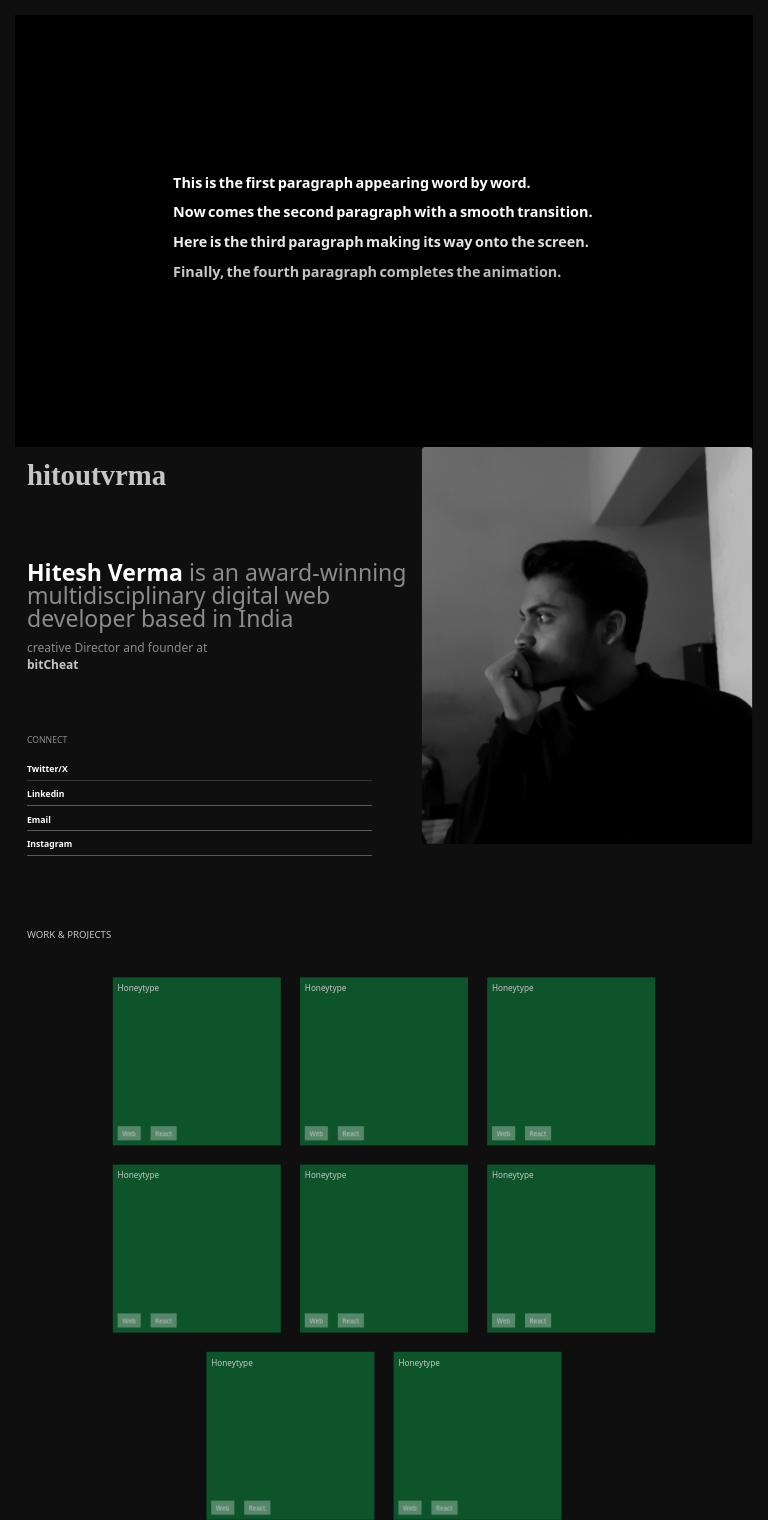
Repository: hitoutvrma/portfolio
Page: /
The author's editor kept a copy of each file at every save. The page is drawn from the files as they stood at one save, then again after the next save.
The browser window is 1280 px wide. The pictures show the whole page, at 60% of full size.
The project was rebuilt for these pictures with package versions that can differ from the ones it lists, and the page was loaded fresh each time. Also part of the build but not shown: vite.config.js.

Above is the page before, as saved 2025-03-08 11:15:33.

### src/index.css
@import "tailwindcss";
body{
    background-color: #0f0f0f;
    color: #c8c6c4;
    padding: 25px;
}

### src/App.jsx
import React from 'react'
import Front from './Components/Front'
import Work from './Components/Work'
import AnimatedParagraph from './Components/AnimatedParagraph'

function App() {
  return (
    <div className=''>
      <AnimatedParagraph/>
      <Front/>
      <Work/>
    </div>
  )
}

export default App

### src/Components/Front.jsx
import React from 'react'
import {animate, hover, motion} from 'framer-motion'
import AnimatedParagraph from './AnimatedParagraph'
function Front() {
  return (
    <div className='sm:h-screen md:h-screen'>
    <div className="sm:flex">
      <div className='hero sm:p-5 sm:text-[3vw] text-[8vw]  sm:w-[53vw]'>
      <logo className='text-4xl sm:text-5xl font-semibold font-[serif]'>hitoutvrma</logo>
        <p className='mt-28 leading-none text-[#8c8c8c]'><span className='text-white font-semibold'>Hitesh Verma</span> is an award-winning multidisciplinary digital web developer based in India</p>

        <div className='text-xl pt-4'>
          <p className='text-[#8c8c8c]'>creative Director and founder at </p>
          <p className='font-semibold'>bitCheat</p>
          {/* <AnimatedParagraph/> */}
        </div>
        <motion.div initial={{opacity:0.1, scaleY:0.5}} animate={{opacity:1, scaleY:1}} transition={{duration:1}} className=' flex sm:text-[2vh] sm:pb-0 pb-12 text-[1.8vh]  sm:pt-25 pt-28 flex-col sm:gap-3 gap-1'>
          <p className='text-[#8c8c8c] pb-4 text-[1.6vh]  sm:text-[2vh]'>CONNECT</p>
          <motion.div
        className="relative w-[90%]  font-bold text-white text-md cursor-pointer"
        initial="initial"
        whileHover="hover"
      >
        <p className='pb-2'>Twitter/X</p>

        {/* Static Gray Line */}
        <div className="absolute left-0 bottom-0 w-full    h-[0.1vh] bg-[#4c4c4c]"></div>

        {/* Animated Green Line */}
        <motion.div
          className="absolute left-0 bottom-0 h-[2px] bg-green-400"
          variants={{
            initial: { width: "0%" },
            hover: { width: "100%" },
            exit: {width: "0%"}
          }}
          transition={{hover: { duration: 2, ease: "easeInOut" },
          exit: { duration: 0.01 } }}
        />
      </motion.div>

      <motion.div
        className="relative w-[90%]  font-bold text-white text-md cursor-pointer"
        initial="initial"
        whileHover="hover"
      >
        <p className='pb-2'>Linkedin</p>

        {/* Static Gray Line */}
        <div className="absolute left-0 bottom-0 w-full    h-[0.1vh] bg-[#8c8c8c]"></div>

        {/* Animated Green Line */}
        <motion.div
          className="absolute left-0 bottom-0 h-[2px] bg-green-400"
          variants={{
            initial: { width: "0%" },
            hover: { width: "100%" },
            exit: {width: "0%"}
          }}
          transition={{hover: { duration: 2, ease: "easeInOut" },
          exit: { duration: 0.01 } }}
        />
      </motion.div>

      <motion.div
        className="relative w-[90%]  font-bold text-white text-md cursor-pointer"
        initial="initial"
        whileHover="hover"
      >
        <p className='pb-2'>Email</p>

        {/* Static Gray Line */}
        <div className="absolute left-0 bottom-0 w-full    h-[0.1vh] bg-[#8c8c8c]"></div>

        {/* Animated Green Line */}
        <motion.div
          className="absolute left-0 bottom-0 h-[2px] bg-green-400"
          variants={{
            initial: { width: "0%" },
            hover: { width: "100%" },
            exit: {width: "0%"}
          }}
          transition={{hover: { duration: 2, ease: "easeInOut" },
          exit: { duration: 0.01 } }}
        />
      </motion.div>

      <motion.div
        className="relative w-[90%]  font-bold text-white text-md cursor-pointer"
        initial="initial"
        whileHover="hover"
      >
        <p className='pb-2'>Instagram</p>

        {/* Static Gray Line */}
        <div className="absolute left-0 bottom-0 w-full    h-[0.1vh] bg-[#8c8c8c]"></div>

        {/* Animated Green Line */}
        <motion.div
          className="absolute left-0 bottom-0 h-[2px] bg-green-400"
          variants={{
            initial: { width: "0%" },
            hover: { width: "100%" },
            exit: {width: "0%"}
          }}
          transition={{hover: { duration: 2, ease: "easeInOut" },
          exit: { duration: 0.01 } }}
        />
      </motion.div>
        </motion.div>
        </div>
        <motion.div initial={{scale:0.6}} transition={{duration:1.5, delay:1}} animate={{scale:1}} style={{ backgroundImage: "url('/user.jpg')" }} className='bg-cover sm:bg-[center_top_60%] bg-[center_top_80%] w-[95%] h-[50vh] sm:w-[43vw] sm:h-[92vh]  bg-[#3a3a3a] rounded-md'>
        </motion.div>
      </div>
        </div>
  )
}

export default Front

### src/Components/Work.jsx
import React from 'react'
import Card from './Card'

function Work() {
  return (
    <div className='h-screen sm:p-5 '>
      <div className='pt-15  pb-15'><p>WORK & PROJECTS</p></div>
      <div className='flex flex-wrap items-center justify-center gap-8'>
        <Card/>
        <Card/>
        <Card/>
        <Card/>
        <Card/>
        <Card/>
        <Card/>
        <Card/>
      </div>
    </div>
  )
}

export default Work

### src/Components/AnimatedParagraph.jsx
import { motion } from "framer-motion";

export default function AnimatedParagraph() {
  const paragraphs = [
    "This is the first paragraph appearing word by word.",
    "Now comes the second paragraph with a smooth transition.",
    "Here is the third paragraph making its way onto the screen.",
    "Finally, the fourth paragraph completes the animation."
  ];

  return (
    <div className="flex justify-center items-center h-screen bg-black text-white p-10 flex-col">
      <motion.div
        initial="hidden"
        animate="visible"
        variants={{
          visible: { transition: { staggerChildren: 1 } }, // Each paragraph appears one after another
        }}
      >
        {paragraphs.map((text, i) => (
          <motion.p
            key={i}
            className="text-2xl font-semibold mb-4"
            variants={{
              hidden: {},
              visible: { transition: { staggerChildren: 0.05 } }, // Words inside appear with delay
            }}
          >
            {text.split(" ").map((word, index) => (
              <motion.span
                key={index}
                className="mr-1 inline-block"
                variants={{
                  hidden: { opacity: 0.05, y: 15 },
                  visible: { opacity: 1, y: 0 },
                }}
                transition={{ duration: 5 }}
              >
                {word}
              </motion.span>
            ))}
          </motion.p>
        ))}
      </motion.div>
    </div>
  );
}

### src/Components/Card.jsx
function Card() {
  return (
    <div className="bg-green-900 relative h-90 sm:h-70 sm:w-70 w-90 card">
            <h1 className='p-2 text-[1.9vh]'>Honeytype</h1>
            <footer className='bottom-0  absolute'>
                <button className='m-2 px-2 py-1 backdrop-blur-xl bg-white/30   text-[1.5vh] '>Web</button>
                <button className='m-2 px-2 py-1 backdrop-blur-xl bg-white/30  text-[1.5vh] '>React</button>
                </footer>
        </div>
  )
}

export default Card

Loaded but not shown: index.html (common file); src/main.jsx (common file)

After the next save:
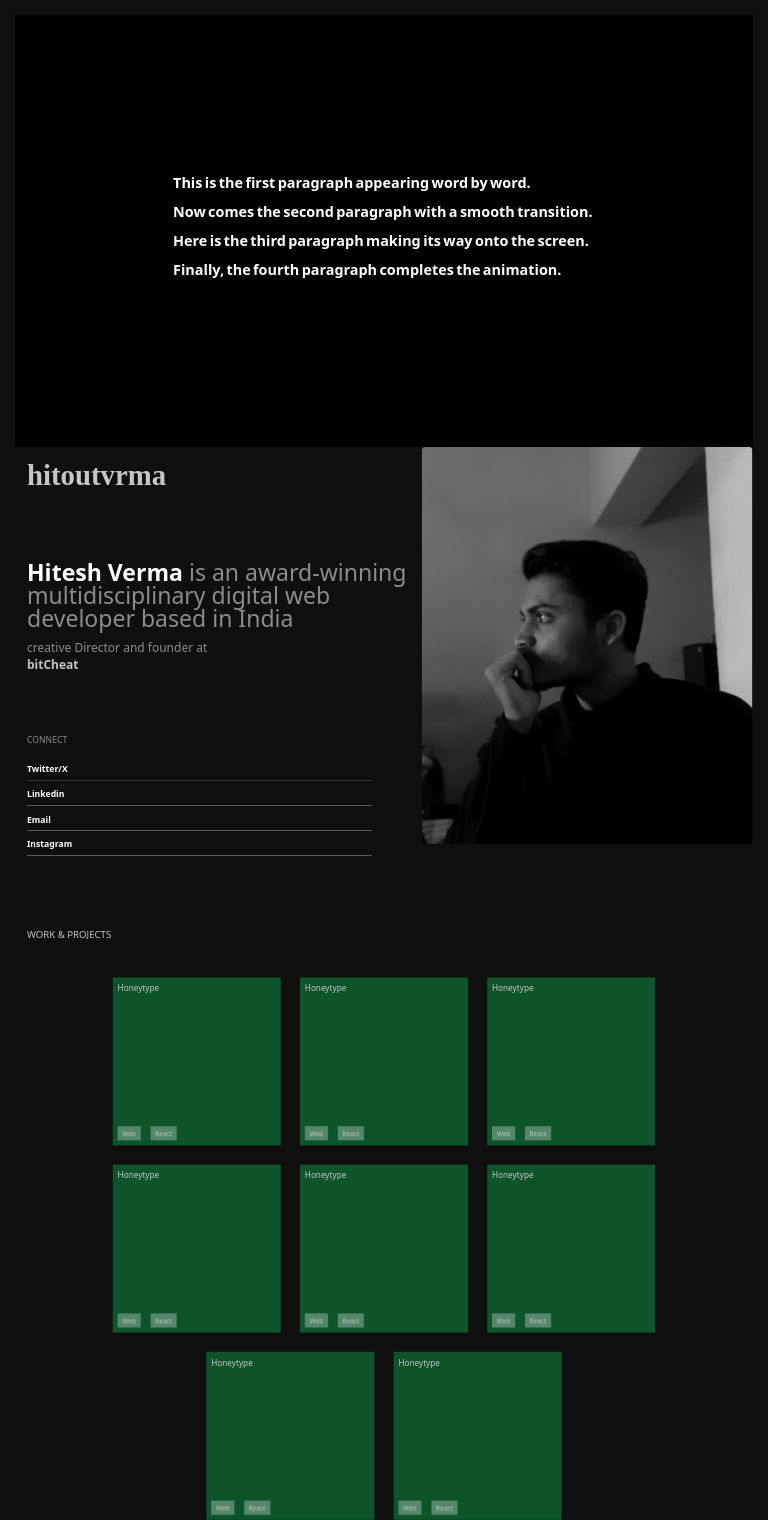
Saved 13 s later.
--- a/src/Components/AnimatedParagraph.jsx
+++ b/src/Components/AnimatedParagraph.jsx
@@ -14,7 +14,7 @@ export default function AnimatedParagraph() {
         initial="hidden"
         animate="visible"
         variants={{
-          visible: { transition: { staggerChildren: 1 } }, // Each paragraph appears one after another
+          visible: { transition: { staggerChildren: 0.2 } }, // Each paragraph appears one after another
         }}
       >
         {paragraphs.map((text, i) => (
